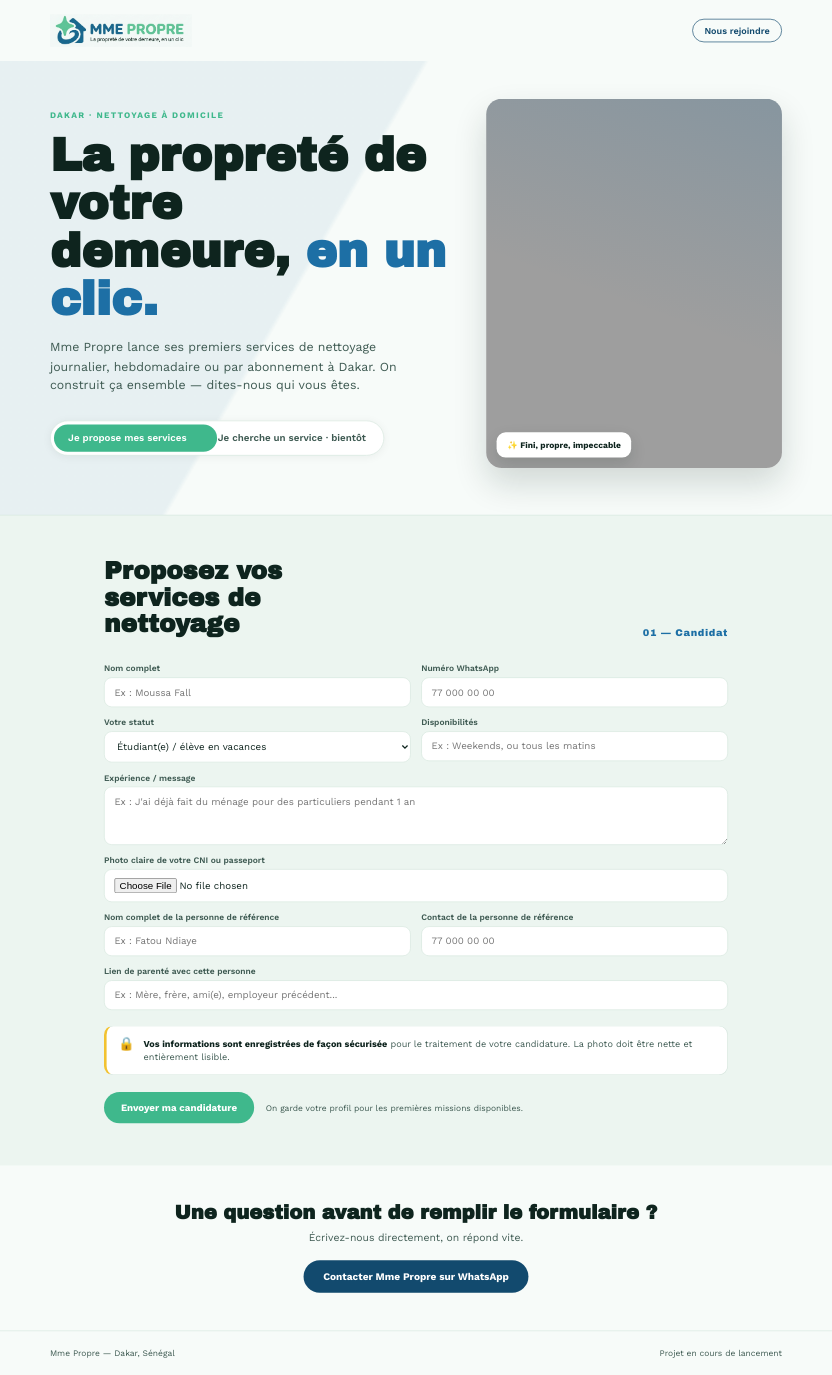
Repository: AntaaaKD/Mme-Propre
Page: test.html
The author's editor kept a copy of each file at every save. The page is drawn from the files as they stood at one save, then again after a run of saves.
The browser window is 1280 px wide. The pictures show the whole page, at 65% of full size.
Pictures or frames that could not be fetched are drawn as grey boxes.

Above is the page before, as saved 2026-07-20 00:59:37.

### test.html
<!DOCTYPE html>
<html lang="fr">
<head>
<meta charset="UTF-8">
<meta name="viewport" content="width=device-width, initial-scale=1.0">
<title>Mme Propre — La propreté de votre demeure, en un clic</title>
<link rel="preconnect" href="https://fonts.googleapis.com">
<link rel="preconnect" href="https://fonts.gstatic.com" crossorigin>
<link href="https://fonts.googleapis.com/css2?family=Archivo+Black&family=Work+Sans:wght@400;500;600;700&display=swap" rel="stylesheet">
<style>
  :root{
    --surface:#F7FBF9;
    --surface-2:#ECF5F0;
    --ink:#0E241E;
    --ink-soft:#3E5A52;
    --blue:#1D6FA5;
    --blue-deep:#124A6E;
    --mint:#3FB88C;
    --lemon:#F2C230;
    --line:#D6E6DE;
    --radius:18px;
    --display:"Archivo Black", sans-serif;
    --body:"Work Sans", sans-serif;
  }
  *{box-sizing:border-box;}
  body{margin:0;padding:0;background:var(--surface);color:var(--ink);font-family:var(--body);}
  a{color:inherit;}

  /* ---------- HEADER ---------- */
  header{
    display:flex;align-items:center;justify-content:space-between;
    padding:22px 6vw;
  }
  .logo{
    font-family:var(--display);
    font-size:20px;
    letter-spacing:0.5px;
    display:flex;align-items:center;gap:10px;
  }
  .logo-img {
  height: 50px; /* Ajustez la hauteur selon vos besoins */
  width: auto;
  display: block;
}
  .logo-dot{width:12px;height:12px;border-radius:50%;background:var(--mint);box-shadow:0 0 0 4px rgba(63,184,140,0.18);}
  .header-cta{
    font-size:14px;font-weight:600;color:var(--blue-deep);
    border:1.5px solid var(--blue-deep);border-radius:999px;
    padding:9px 18px;text-decoration:none;
    transition:background .2s ease, color .2s ease;
  }
  .header-cta:hover{background:var(--blue-deep);color:#fff;}

  /* ---------- HERO ---------- */
  .hero{
    position:relative;
    padding:8vh 6vw 10vh;
    overflow:hidden;
  }
  .hero-grid{
    position:relative;z-index:2;
    display:grid;grid-template-columns:1.15fr 0.85fr;gap:56px;align-items:center;
  }
  @media (max-width:860px){
    .hero-grid{grid-template-columns:1fr;}
    .hero-image{order:-1;max-height:280px;}
  }
  .hero-image{
    position:relative;border-radius:24px;overflow:hidden;
    box-shadow:0 24px 50px rgba(14,36,30,0.16);
    aspect-ratio:4/5;
  }
  .hero-image img{
    width:100%;height:100%;object-fit:cover;display:block;
  }
  .hero-image::after{
    content:"";position:absolute;inset:0;
    background:linear-gradient(200deg, rgba(29,111,165,0.18), transparent 55%);
  }
  .hero-badge{
    position:absolute;bottom:16px;left:16px;z-index:3;
    background:#fff;border-radius:14px;padding:12px 16px;
    display:flex;align-items:center;gap:10px;
    box-shadow:0 10px 24px rgba(14,36,30,0.14);
    font-size:13px;font-weight:700;color:var(--ink);
  }
  .hero-wipe{
    position:absolute;inset:0;
    background:linear-gradient(120deg, var(--blue) 0%, var(--blue) 42%, transparent 42.5%);
    opacity:0.07;
    animation:wipe 6s ease-in-out infinite;
    pointer-events:none;
  }
  @keyframes wipe{
    0%,100%{transform:translateX(-8%);}
    50%{transform:translateX(8%);}
  }
  .eyebrow{
    font-size:13px;font-weight:700;letter-spacing:2px;text-transform:uppercase;
    color:var(--mint);margin-bottom:18px;
  }
  h1{
    font-family:var(--display);
    font-size:clamp(38px,6vw,72px);
    line-height:1.02;
    margin:0 0 22px;
    max-width:14ch;
  }
  h1 .accent{color:var(--blue);}
  .hero p{
    font-size:19px;color:var(--ink-soft);max-width:46ch;line-height:1.55;margin:0 0 40px;
  }

  /* ---------- SWITCH ---------- */
  .switch{
    display:inline-flex;background:#fff;border:1.5px solid var(--line);
    border-radius:999px;padding:5px;gap:4px;position:relative;
    box-shadow:0 2px 14px rgba(14,36,30,0.06);
  }
  .switch button{
    border:none;background:transparent;font-family:var(--body);font-weight:600;font-size:15px;
    padding:12px 22px;border-radius:999px;cursor:pointer;color:var(--ink-soft);
    transition:color .2s ease;position:relative;z-index:2;
  }
  .switch button.active{color:#fff;}
  .switch-thumb{
    position:absolute;top:5px;left:5px;bottom:5px;
    width:calc(50% - 5px);
    background:var(--mint);border-radius:999px;
    transition:transform .28s cubic-bezier(.65,0,.35,1);
    z-index:1;
  }
  .switch.pos-1 .switch-thumb{transform:translateX(100%);background:var(--blue-deep);}

  /* ---------- SECTION WRAPPER ---------- */
  .panel{
    background:var(--surface-2);
    border-top:1px solid var(--line);
    padding:9vh 6vw;
  }
  .panel-inner{max-width:960px;margin:0 auto;}
  .panel-head{display:flex;align-items:flex-end;justify-content:space-between;gap:24px;margin-bottom:40px;flex-wrap:wrap;}
  .panel h2{font-family:var(--display);font-size:clamp(26px,3.4vw,38px);margin:0;max-width:16ch;}
  .panel-head .num{font-family:var(--display);font-size:15px;color:var(--blue);letter-spacing:1px;}

  .grid{display:grid;grid-template-columns:1fr 1fr;gap:16px;}
  @media (max-width:680px){.grid{grid-template-columns:1fr;}}

  .field{display:flex;flex-direction:column;gap:6px;}
  .field.full{grid-column:1/-1;}
  label{font-size:13px;font-weight:600;color:var(--ink-soft);}
  input,select,textarea{
    font-family:var(--body);font-size:15px;
    border:1.5px solid var(--line);border-radius:12px;
    padding:13px 15px;background:#fff;color:var(--ink);
    outline:none;transition:border-color .18s ease;
  }
  input:focus,select:focus,textarea:focus{border-color:var(--blue);}
  textarea{resize:vertical;min-height:90px;}

  .submit-row{margin-top:26px;display:flex;align-items:center;gap:18px;flex-wrap:wrap;}
  .btn-whatsapp{
    display:inline-flex;align-items:center;gap:10px;
    background:var(--mint);color:#fff;border:none;border-radius:999px;
    padding:15px 26px;font-family:var(--body);font-weight:700;font-size:15px;cursor:pointer;
    transition:transform .15s ease, box-shadow .15s ease;
  }
  .btn-whatsapp:hover{transform:translateY(-2px);box-shadow:0 8px 22px rgba(63,184,140,0.35);}
  .hint{font-size:13px;color:var(--ink-soft);}

  .id-notice{
    display:flex;gap:14px;align-items:flex-start;
    background:#fff;border:1.5px solid var(--line);border-left:4px solid var(--lemon);
    border-radius:14px;padding:16px 18px;margin-top:24px;
  }
  .id-notice .icon{font-size:20px;line-height:1;}
  .id-notice p{margin:0;font-size:14px;color:var(--ink-soft);line-height:1.5;}
  .id-notice strong{color:var(--ink);}

  /* ---------- DIRECT CONTACT ---------- */
  .direct{
    padding:8vh 6vw;text-align:center;
  }
  .direct h3{font-family:var(--display);font-size:clamp(22px,3vw,30px);margin:0 0 12px;}
  .direct p{color:var(--ink-soft);margin:0 0 26px;font-size:16px;}
  .btn-direct{
    display:inline-flex;align-items:center;gap:10px;
    background:var(--blue-deep);color:#fff;border:none;border-radius:999px;
    padding:16px 30px;font-family:var(--body);font-weight:700;font-size:15.5px;text-decoration:none;
    transition:transform .15s ease;
  }
  .btn-direct:hover{transform:translateY(-2px);}

  footer{
    padding:26px 6vw;border-top:1px solid var(--line);
    font-size:13px;color:var(--ink-soft);
    display:flex;justify-content:space-between;flex-wrap:wrap;gap:10px;
  }

  .hidden{display:none;}

  /* ---------- SOON STATE (client) ---------- */
  .soon-card{
    background:#fff;border:1.5px dashed var(--line);border-radius:20px;
    padding:44px 40px;text-align:center;
  }
  .soon-badge{
    display:inline-block;font-size:12px;font-weight:700;letter-spacing:1px;text-transform:uppercase;
    background:var(--lemon);color:var(--ink);border-radius:999px;padding:6px 14px;margin-bottom:18px;
  }
  .soon-card h3{font-family:var(--display);font-size:24px;margin:0 0 12px;}
  .soon-card p{color:var(--ink-soft);font-size:16px;max-width:48ch;margin:0 auto 28px;line-height:1.55;}
</style>
</head>
<body>

<header>
  <div class="logo">
    <!-- Le chemin est relatif à votre fichier HTML -->
    <img src="images/logo-mmepropre.png"
         alt="Mme Propre"
         class="logo-img">
  </div>
  <a class="header-cta" href="#form">Nous rejoindre</a>
</header>

<section class="hero">
  <div class="hero-wipe"></div>
  <div class="hero-grid">
    <div>
      <div class="eyebrow">Dakar · Nettoyage à domicile</div>
      <h1>La propreté de votre<br>demeure, <span class="accent">en un clic.</span></h1>
      <p>Mme Propre lance ses premiers services de nettoyage journalier, hebdomadaire ou par abonnement à Dakar. On construit ça ensemble — dites-nous qui vous êtes.</p>

      <div class="switch pos-0" id="switch">
        <div class="switch-thumb"></div>
        <button class="active" data-target="candidat" onclick="setProfile('candidat')">Je propose mes services</button>
        <button data-target="client" onclick="setProfile('client')">Je cherche un service · bientôt</button>
      </div>
    </div>

    <div class="hero-image">
      <img src="https://african.land/oc-content/plugins/blog/img/blog/328.jpg" alt="Nettoyage professionnel à domicile">
      <div class="hero-badge">✨ Fini, propre, impeccable</div>
    </div>
  </div>
</section>

<section class="panel" id="form">
  <div class="panel-inner">

    <div id="panel-candidat">
      <div class="panel-head">
        <h2>Proposez vos services de nettoyage</h2>
        <span class="num">01 — Candidat</span>
      </div>
      <div class="grid">
        <div class="field"><label for="p-nom">Nom complet</label><input id="p-nom" type="text" placeholder="Ex : Moussa Fall"></div>
        <div class="field"><label for="p-tel">Numéro WhatsApp</label><input id="p-tel" type="tel" placeholder="77 000 00 00"></div>
        <div class="field">
          <label for="p-statut">Votre statut</label>
          <select id="p-statut">
            <option>Étudiant(e) / élève en vacances</option>
            <option>Professionnel(le) en recherche d'opportunité</option>
            <option>Autre</option>
          </select>
        </div>
        <div class="field"><label for="p-dispo">Disponibilités</label><input id="p-dispo" type="text" placeholder="Ex : Weekends, ou tous les matins"></div>
        <div class="field full"><label for="p-msg">Expérience / message</label><textarea id="p-msg" placeholder="Ex : J'ai déjà fait du ménage pour des particuliers pendant 1 an"></textarea></div>
        <div class="field full">
          <label for="p-photo">Photo claire de votre CNI ou passeport</label>
          <input id="p-photo" type="file" accept="image/*">
        </div>
        <div class="field"><label for="p-ref-nom">Nom complet de la personne de référence</label><input id="p-ref-nom" type="text" placeholder="Ex : Fatou Ndiaye"></div>
        <div class="field"><label for="p-ref-tel">Contact de la personne de référence</label><input id="p-ref-tel" type="tel" placeholder="77 000 00 00"></div>
        <div class="field full"><label for="p-ref-lien">Lien de parenté avec cette personne</label><input id="p-ref-lien" type="text" placeholder="Ex : Mère, frère, ami(e), employeur précédent..."></div>
      </div>

      <div class="id-notice">
        <span class="icon">🔒</span>
        <p><strong>Vos informations sont enregistrées de façon sécurisée</strong> pour le traitement de votre candidature. La photo doit être nette et entièrement lisible.</p>
      </div>

      <div class="submit-row">
        <button class="btn-whatsapp" id="submit-btn" onclick="submitCandidature()">Envoyer ma candidature</button>
        <span class="hint" id="submit-status">On garde votre profil pour les premières missions disponibles.</span>
      </div>
    </div>

    <div id="panel-client" class="hidden">
      <div class="panel-head">
        <h2>Demandez un nettoyage</h2>
        <span class="num">02 — Client</span>
      </div>
      <div class="soon-card">
        <span class="soon-badge">Bientôt disponible</span>
        <h3>Ce service arrive prochainement</h3>
        <p>Pour l'instant, Mme Propre se concentre sur le recrutement de son équipe de nettoyage. Le service de réservation pour les particuliers ouvrira dans une prochaine étape — restez connecté(e) pour être informé(e) dès son lancement.</p>
        <button class="btn-whatsapp" onclick="notifyMe()">Être informé(e) du lancement</button>
      </div>
    </div>

  </div>
</section>

<section class="direct">
  <h3>Une question avant de remplir le formulaire ?</h3>
  <p>Écrivez-nous directement, on répond vite.</p>
  <a class="btn-direct" id="direct-wa" href="#" target="_blank" rel="noopener">Contacter Mme Propre sur WhatsApp</a>
</section>

<footer>
  <span>Mme Propre — Dakar, Sénégal</span>
  <span>Projet en cours de lancement</span>
</footer>

<script>
  // ⚠️ Remplacer par le vrai numéro WhatsApp de Mme Propre, format international sans "+" ni espaces
  const WHATSAPP_NUMBER = "221775730664";

  // ⚠️ Remplacer par l'URL de ton application web Apps Script (se termine par /exec)
  const GAS_WEB_APP_URL = "https://script.google.com/macros/s/AKfycbztkSX3TyebbLAMASZva5rAbgVcuSgHpPOw3mWZLaVD60Z6R83ZnjcCemumw_IpcYI8/exec";

  function setProfile(target){
    const isClient = target === 'client';
    document.getElementById('panel-client').classList.toggle('hidden', !isClient);
    document.getElementById('panel-candidat').classList.toggle('hidden', isClient);
    document.getElementById('switch').classList.toggle('pos-0', !isClient);
    document.getElementById('switch').classList.toggle('pos-1', isClient);
    document.querySelectorAll('.switch button').forEach(b=>{
      b.classList.toggle('active', b.dataset.target === target);
    });
  }

  function fileToBase64(file){
    return new Promise((resolve, reject) => {
      const reader = new FileReader();
      reader.onload = () => resolve(reader.result);
      reader.onerror = reject;
      reader.readAsDataURL(file);
    });
  }

  async function submitCandidature(){
    const btn = document.getElementById('submit-btn');
    const status = document.getElementById('submit-status');

    const nom = document.getElementById('p-nom').value.trim();
    const tel = document.getElementById('p-tel').value.trim();
    const statut = document.getElementById('p-statut').value;
    const dispo = document.getElementById('p-dispo').value.trim();
    const experience = document.getElementById('p-msg').value.trim();
    const refNom = document.getElementById('p-ref-nom').value.trim();
    const refTel = document.getElementById('p-ref-tel').value.trim();
    const refLien = document.getElementById('p-ref-lien').value.trim();
    const photoInput = document.getElementById('p-photo');
    const photoFile = photoInput.files[0];

    if(!nom || !tel){
      status.textContent = "Merci de renseigner au moins votre nom et votre numéro.";
      status.style.color = "#B3261E";
      return;
    }

    btn.disabled = true;
    btn.textContent = "Envoi en cours...";
    status.style.color = "";
    status.textContent = "Merci de patienter, ça ne prend que quelques secondes.";

    try{
      let photoBase64 = "", photoMimeType = "", photoName = "";
      if(photoFile){
        photoBase64 = await fileToBase64(photoFile);
        photoMimeType = photoFile.type;
        photoName = photoFile.name;
      }

      await fetch(GAS_WEB_APP_URL, {
        method: "POST",
        mode: "no-cors",
        headers: { "Content-Type": "text/plain;charset=utf-8" },
        body: JSON.stringify({ nom, tel, statut, dispo, experience, refNom, refTel, refLien, photoBase64, photoMimeType, photoName })
      });

      btn.textContent = "Envoyé ✓";
      status.style.color = "#3FB88C";
      status.textContent = "Candidature reçue ! On revient vers vous très bientôt.";
      document.querySelectorAll('#panel-candidat input, #panel-candidat select, #panel-candidat textarea').forEach(el => {
        if(el.type === 'file') el.value = ""; else el.value = "";
      });
    } catch(err){
      btn.disabled = false;
      btn.textContent = "Envoyer ma candidature";
      status.style.color = "#B3261E";
      status.textContent = "Une erreur est survenue, réessayez ou contactez-nous sur WhatsApp.";
    }
  }

  function notifyMe(){
    const text = "Bonjour Mme Propre 👋\n\nJe suis intéressé(e) par le service de réservation de nettoyage. Merci de me prévenir dès son lancement !";
    const url = `https://wa.me/${WHATSAPP_NUMBER}?text=${encodeURIComponent(text)}`;
    window.open(url, '_blank');
  }

  document.getElementById('direct-wa').href = `https://wa.me/${WHATSAPP_NUMBER}?text=${encodeURIComponent("Bonjour Mme Propre, j'ai une question 👋")}`;
  setProfile('candidat');
</script>

</body>
</html>

After the next 2 saves:
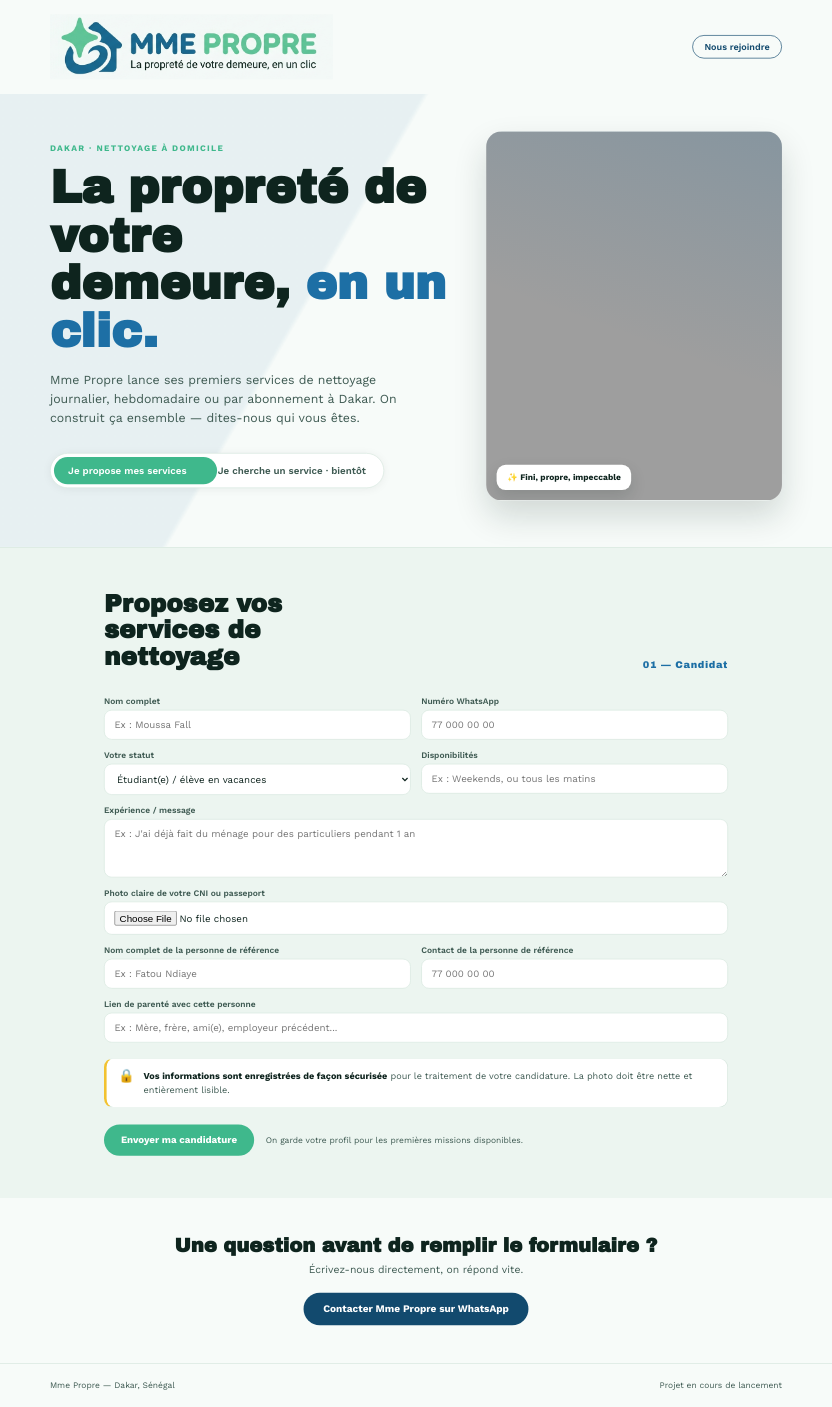
The 2 saves are shown as one change because they came seconds apart.
The last was saved 24 s later.
--- a/test.html
+++ b/test.html
@@ -38,7 +38,7 @@
     display:flex;align-items:center;gap:10px;
   }
   .logo-img {
-  height: 50px; /* Ajustez la hauteur selon vos besoins */
+  height: 100px; /* Ajustez la hauteur selon vos besoins */
   width: auto;
   display: block;
 }
